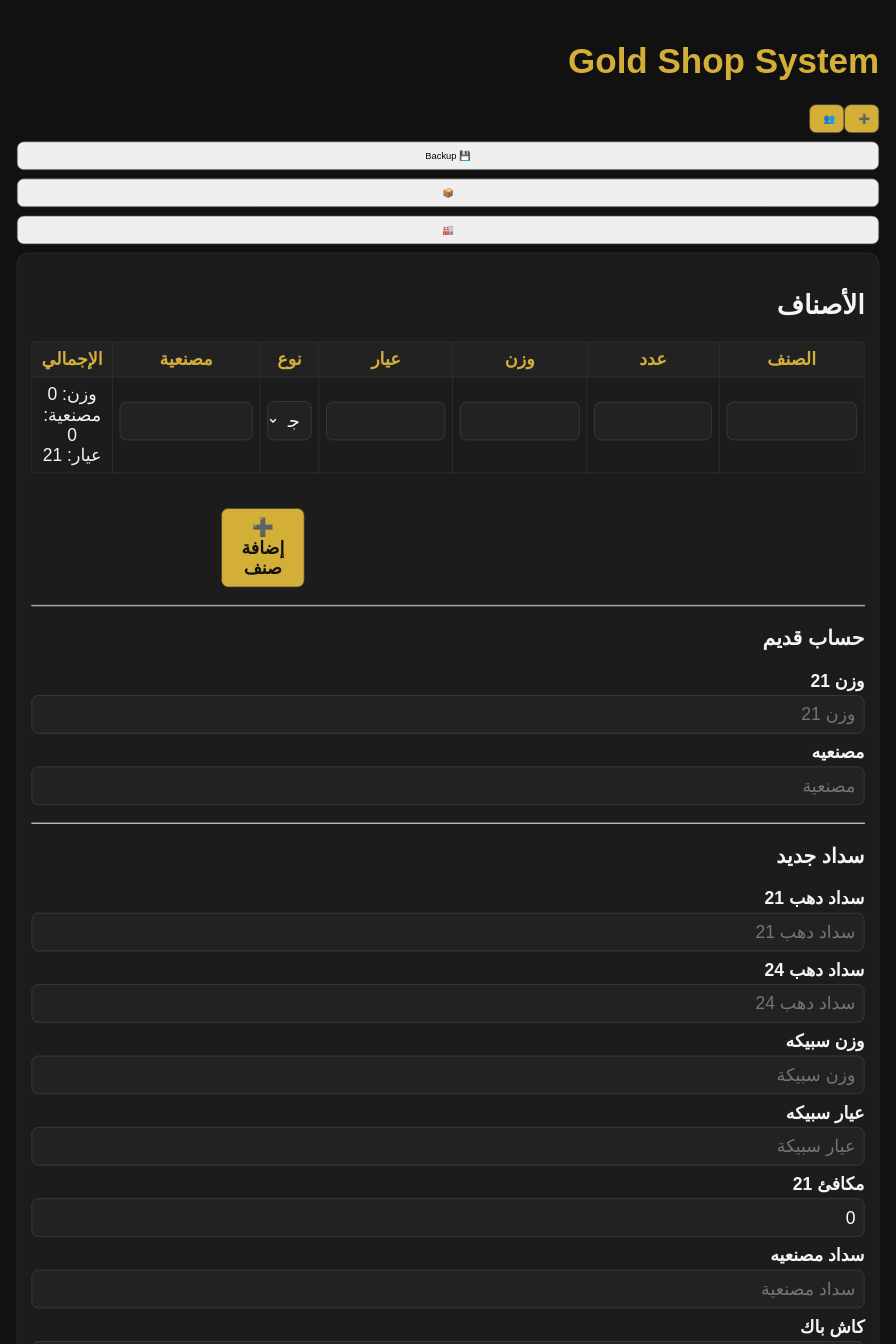
Repository: erineehab27/gold-shop
Page: /
An editor plug-in stored every save of this project. The page is shown before and after a run of saves, followed by the edit.
The browser window is 1280 px wide. The pictures show the part of the page from y = 0 to 1920 px (the page is 2697 px tall), at 70% of full size.
The project was rebuilt for these pictures with package versions that can differ from the ones it lists, and the page was loaded fresh each time. Also part of the build but not shown: vite.config.js, src/printpage.jsx, src/StockPage.jsx, src/SuppliersPage.jsx.

Above is the page before, as saved 2026-05-12 18:28:38.

After the next 4 saves:
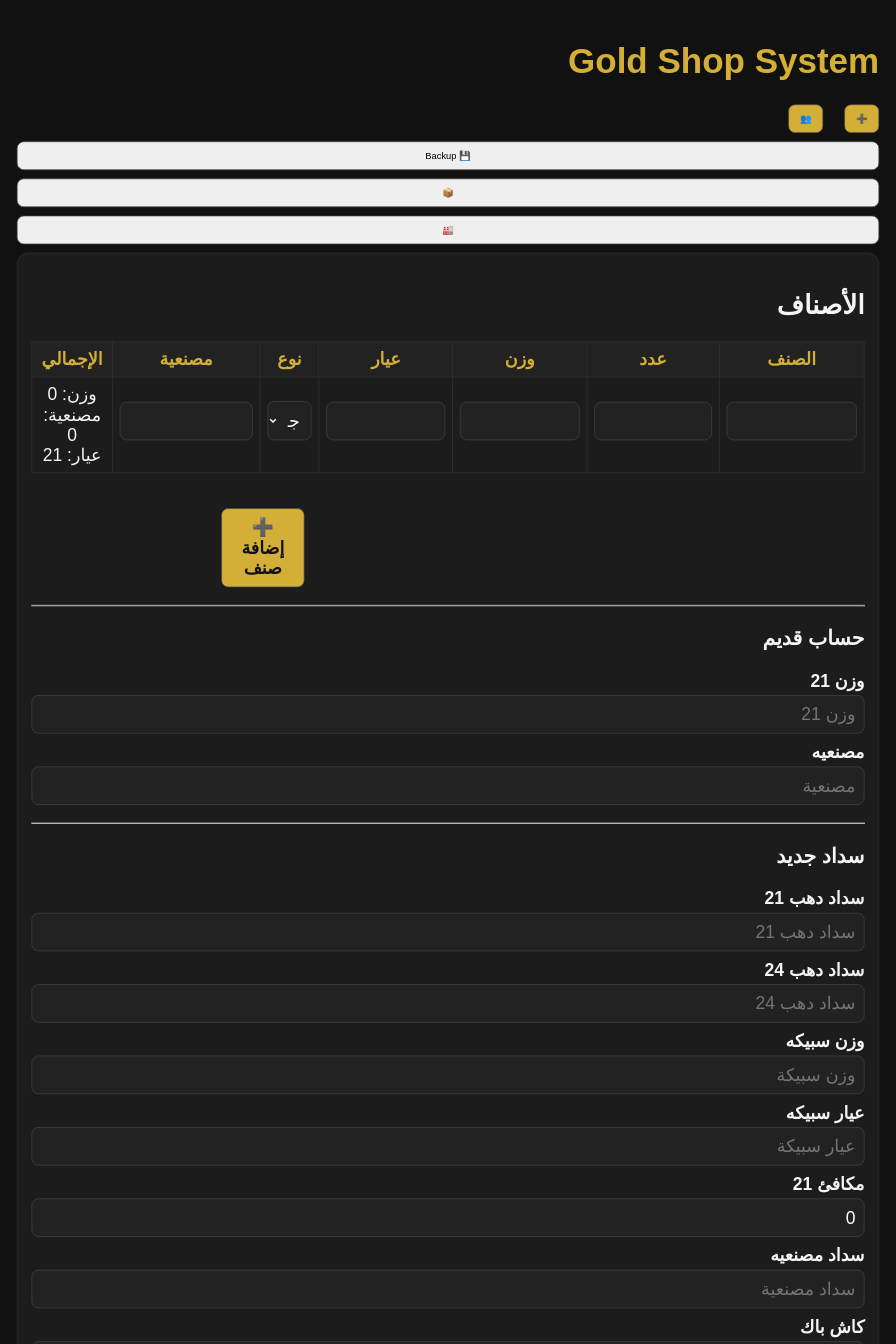
The 4 saves are shown as one change because they came seconds apart.
The last was saved 14 s later.
--- a/src/App.css
+++ b/src/App.css
@@ -107,7 +107,7 @@ th {
 .plus{
   width: 50px;
   background: #d4af37;
-  padding-left: 30px;
+  margin-left: 30px;
 
 }
 label {
